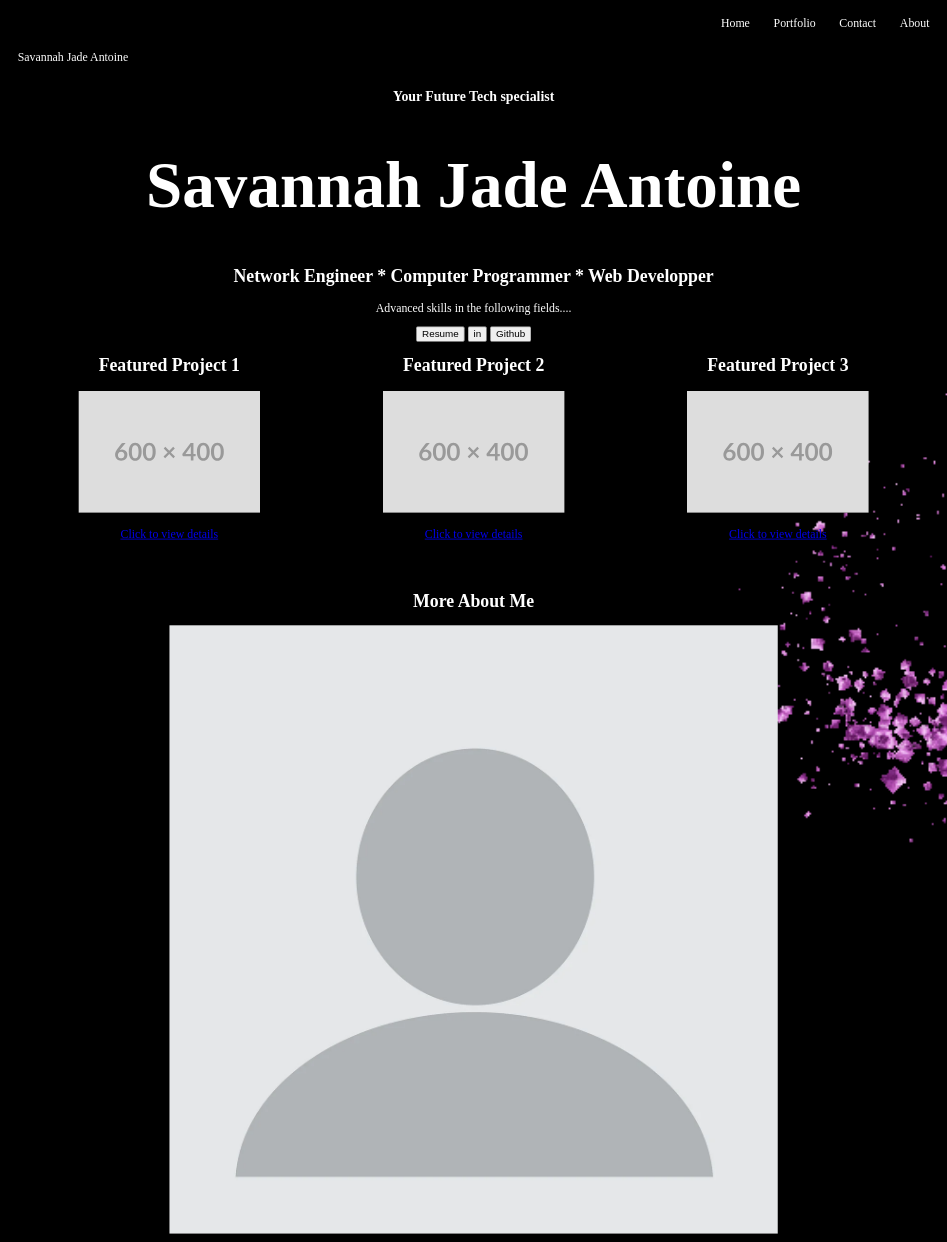
Repository: Savannah-Antoine/Savannah-Antoine
Page: index.html
An editor plug-in stored every save of this project. The page is shown before and after the next save, followed by the edit.
The browser window is 1280 px wide. The pictures show the whole page, at 74% of full size.

Above is the page before, as saved 2026-05-15 12:04:28.

### index.html
<!DOCTYPE html>
<html lang="en">
<head>
    <meta charset="UTF-8">
    <meta name="viewport" content="width=device-width, initial-scale=1.0">
    <link rel = "stylesheet" href = "./styles/index.css" />
    <link rel = "stylesheet" href = "./styles/globals.css" />
    <title>Document</title>
</head>
<body>
<header>
    <nav>
        <ul class = "navigation">
  <li><a href="index.html">Home</a></li>
  <li><a href="portfolioPage.html">Portfolio</a></li>
  <li><a href="contact">Contact</a></li>
  <li><a href="about.asp">About</a></li>
</ul>
        <ul class = "homeButton">
           <li><a href = "index.html">Savannah Jade Antoine</a></li>
        </ul>
</nav>
<h3>Your Future Tech specialist</h3>
<h1> Savannah Jade Antoine</h1>
<h2>Network Engineer * Computer Programmer * Web Developper</h2>
<p> Advanced skills in the following fields....</p>
<a href = "Savannah Jade Resume (1).pdf"><button>Resume</button></a>
<a href = "https://www.linkedin.com/in/savannah-antoine-ab0756390/"><button>in</button></a>
<button>Github</button>

</header>
<main class = "container">
<section>

<h2>Featured Project 1</h2>
<img src = "./assets/images/placeholder1.svg" alt = "First Portfolio placeholder image" />
<p><a href = "./pages/project-name-1.html">Click to view details</a></p>
</section>


<section>
<h2>Featured Project 2</h2>
<img src = "./assets/images/placeholder1.svg" alt = "Second Portfolio placeholder image" />
<p><a href = "./pages/project-name-2.html">Click to view details</a></p>
</section>
<section>
<h2>Featured Project 3</h2>
<img src = "./assets/images/placeholder1.svg" alt = "Third Portfolio placeholder image" />
<p><a href = "./pages/project-name-3.html">Click to view details</a></p>
</section>

<div>
<h2>More About Me</h2>
<img src = "./assets/images/profilepic.png" alt = "profile picture" />
</div>


</main>

</body>
</html>

### styles/index.css
.container{
   display:flex;
   flex-direction:column;
    justify-content: center;
    gap:2rem;


}
body h1{
    font-size: 2.5rem;

}

img{
    width: 65%;
    height:auto;
}

@media screen and (min-width: 768px)
{
    body h1{
    font-size: 5.5rem;
}
    section{

    width: 30%;
}

    .container{
          display:flex;
          flex-direction: row;
          flex-wrap: wrap;
          justify-content: center;

    }
}

@media screen and (min-width: 1000px)
{

}

### styles/globals.css
body {
    background-color: black;
  background-image: url(/assets/images/background-pic.gif);
  background-repeat: no-repeat;
  background-size: cover;
  color: white;
  font-size: 16px;
  text-align: center;
}



.homeButton{
  list-style-type: none;
  margin: 0;
  padding: 0;
  display: flex;
  justify-content: left;

}


.navigation {
  list-style-type: none;
  margin: 0;
  padding: 0;
  display: flex;
  justify-content: right;
}
li a {
  display: block;
  color: white;
  padding: 14px 16px;
  text-decoration: none;
}

ul li a:hover {
  background-color: #be6c6c;
}

h1{

  font-size: 4rem;
}

After the next save:
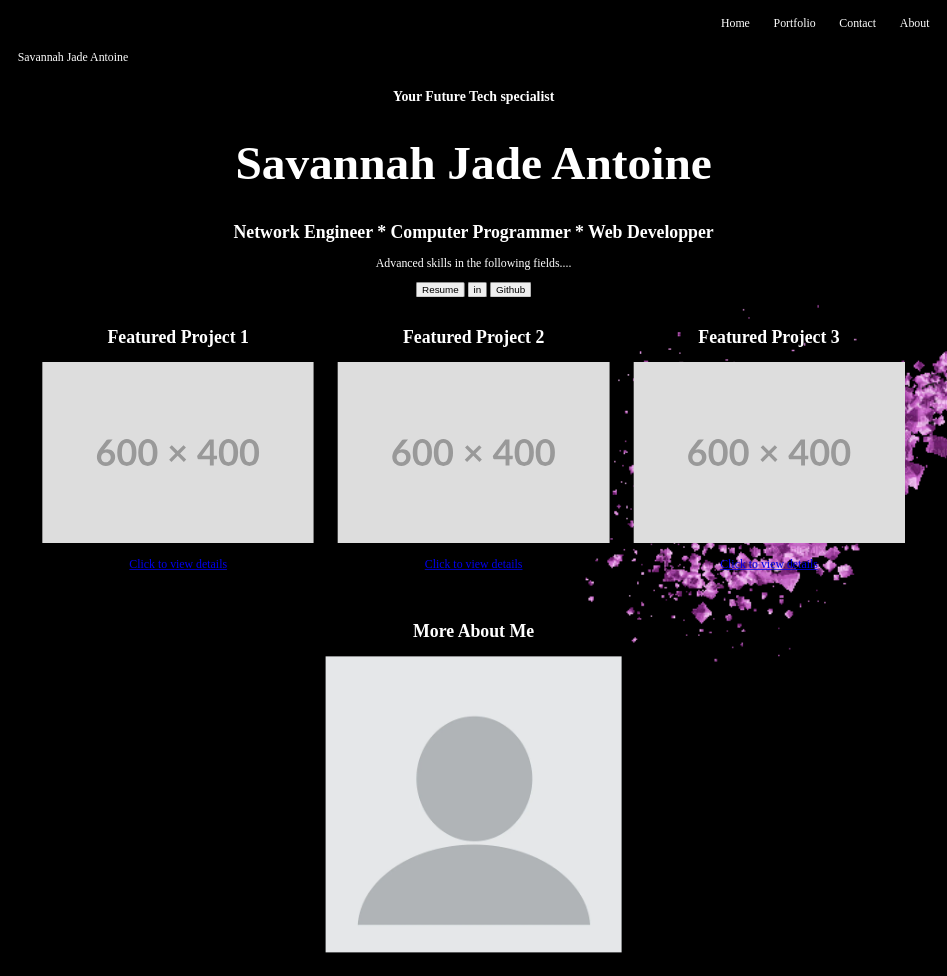
Saved 2 min 6 s later.
--- a/styles/index.css
+++ b/styles/index.css
@@ -1,25 +1,40 @@
 .container{
-   display:flex;
-   flex-direction:column;
-    justify-content: center;
-    gap:2rem;
+  display: flex;
+    flex-direction: column;
+    align-items: center;
+    gap: 2rem;
+    padding: 20px;
+}
 
 
-}
+
 body h1{
     font-size: 2.5rem;
 
 }
 
 img{
-    width: 65%;
-    height:auto;
+   width: 100%;
+    max-width: 400px;
+    height: auto;
 }
 
 @media screen and (min-width: 768px)
 {
-    body h1{
-    font-size: 5.5rem;
+   body h1 {
+        font-size: 4rem;
+    }
+    .container {
+        flex-direction: row;
+        flex-wrap: wrap;
+        justify-content: space-around;
+        align-items: flex-start;
+    }
+    .project-card {
+        width: 30%;
+        min-width: 250px;
+        text-align: center;
+    }
 }
     section{
 
